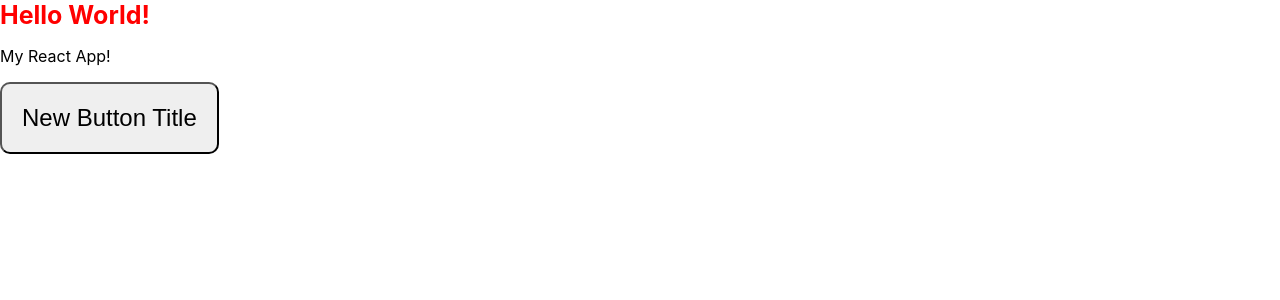
Repository: ruslan-horaiskyi/weatherApp
Page: /
These files come from the project's save history. The page is drawn as it stood at one moment and after the next save; the edit follows.
The browser window is 1280 px wide. The pictures show the whole page.
The project was rebuilt for these pictures with package versions that can differ from the ones it lists, and the page was loaded fresh each time.

Above is the page before, as saved 2023-04-20 16:36:37.

After the next save:
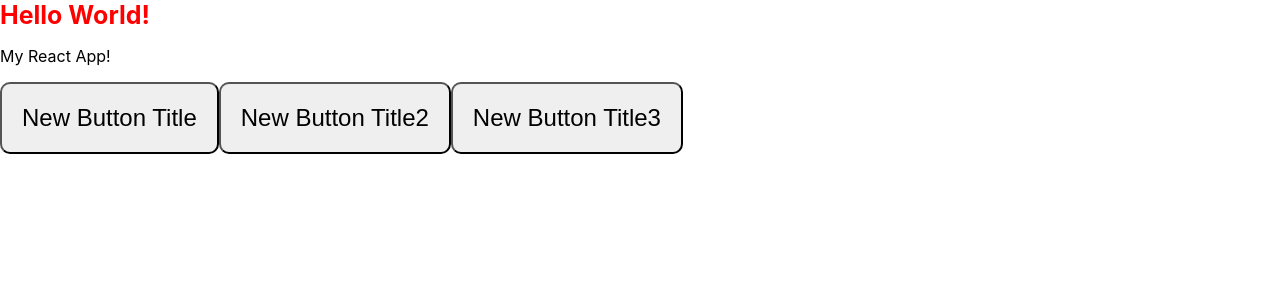
Saved 11 s later.
--- a/src/App.jsx
+++ b/src/App.jsx
@@ -10,6 +10,8 @@ const App = () => {
       <div className="custom-h1">Hello World!</div>
       <p>My React App!</p>
       <Button title={'New Button Title'} />
+      <Button title={'New Button Title2'} />
+      <Button title={'New Button Title3'} />
     </>
   );
 };
